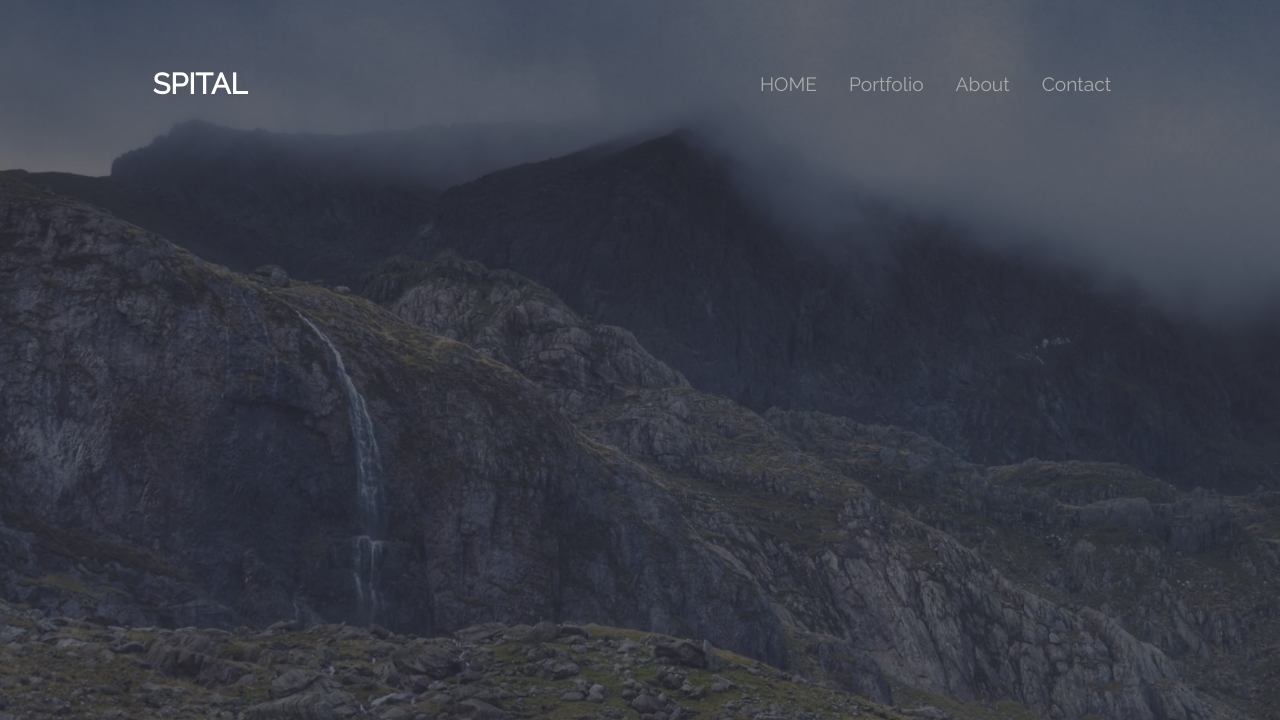
Repository: Mardoqueu/Bootstrap-4-Simple-Landing-Page
Page: index.html
These files come from the project's save history. The page is drawn as it stood at one moment and after the next save; the edit follows.
The browser window is 1280 px wide. The pictures show the whole page.

Above is the page before, as saved 2022-10-10 11:19:55.

After the next save:
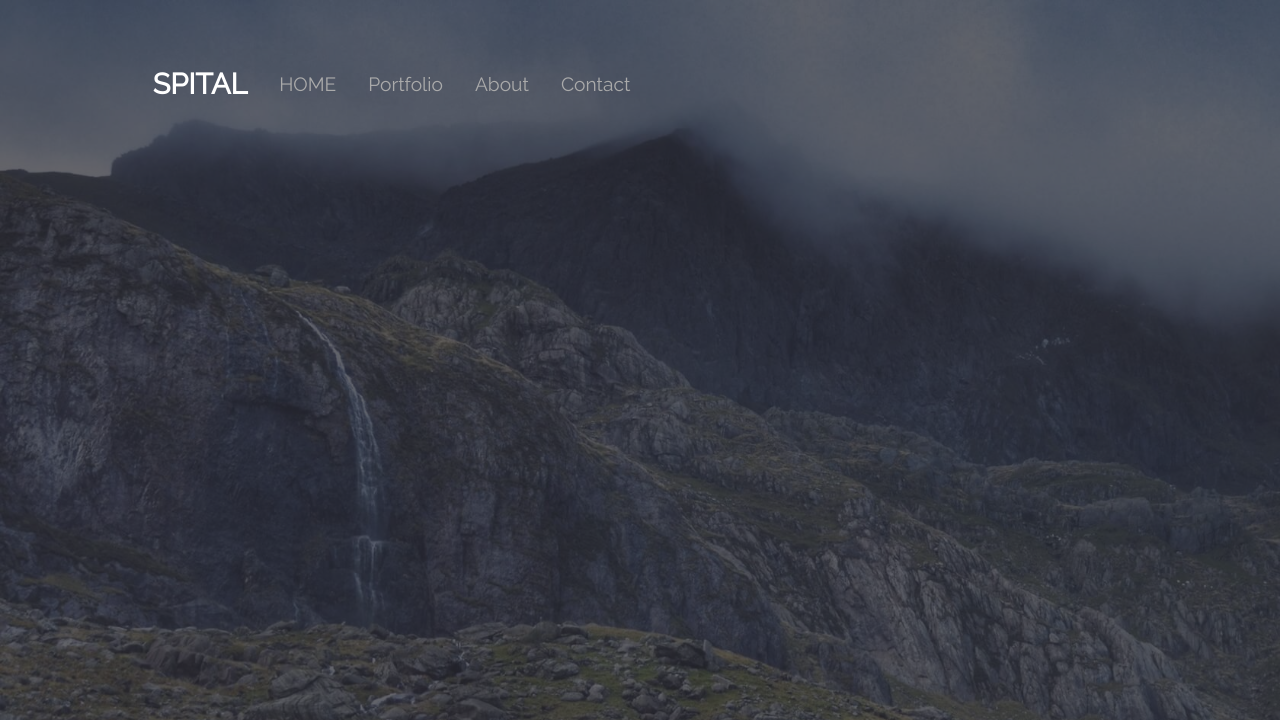
Saved 20 h 43 min later.
--- a/index.html
+++ b/index.html
@@ -14,7 +14,7 @@
 		<div class="container-fluid banner">
 			<div class="row">
 				<div class="col-md-12">
-					<nav class="navbar">
+					<nav class="navbar navbar-expand-md">
 					<div class="navbar-brand">
 						SPITAL
 					</div>

After the save that followed:
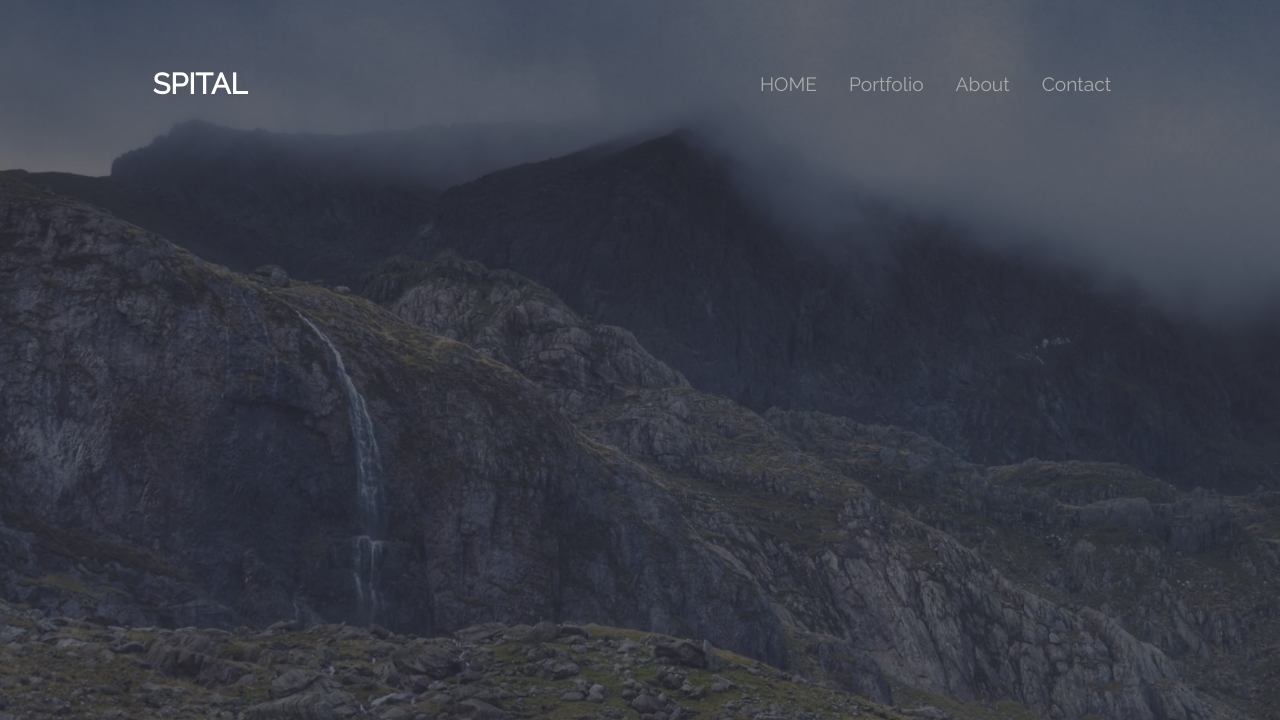
Saved 34 s later.
--- a/index.html
+++ b/index.html
@@ -14,7 +14,7 @@
 		<div class="container-fluid banner">
 			<div class="row">
 				<div class="col-md-12">
-					<nav class="navbar navbar-expand-md">
+					<nav class="navbar navbar-md">
 					<div class="navbar-brand">
 						SPITAL
 					</div>
